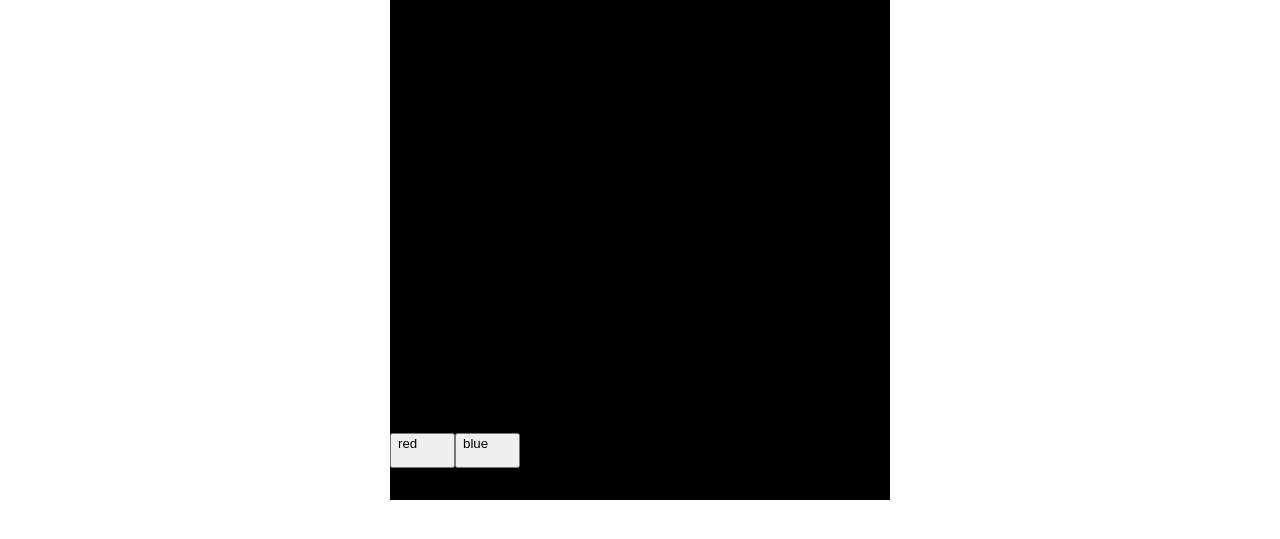
Repository: iliailia12/Individual-lessons
Page: Day 99/Classwork/index.html
These files come from the project's save history. The page is drawn as it stood at one moment and after the next save; the edit follows.
The browser window is 1280 px wide. The pictures show the whole page.

Above is the page before, as saved 2026-06-06 04:27:03.

After the next save:
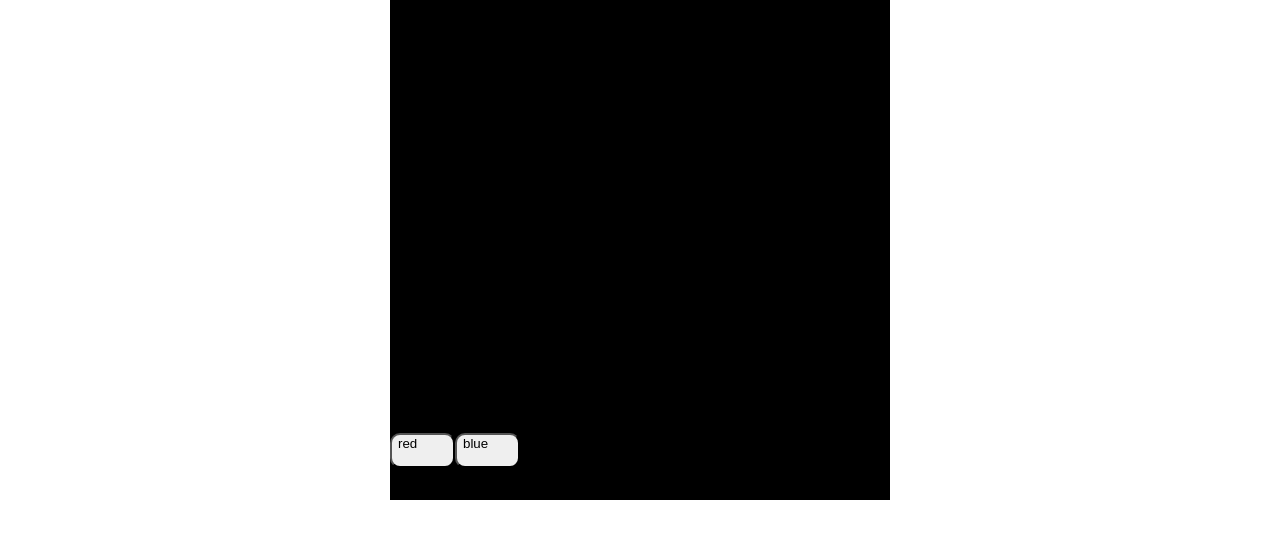
Saved 8 s later.
--- a/Day 99/Classwork/style.css
+++ b/Day 99/Classwork/style.css
@@ -23,5 +23,5 @@
     gap: 35px;
     width: 65px;
     height: 35px;
-    border-radius: ;
+    border-radius: 10px;
 }
